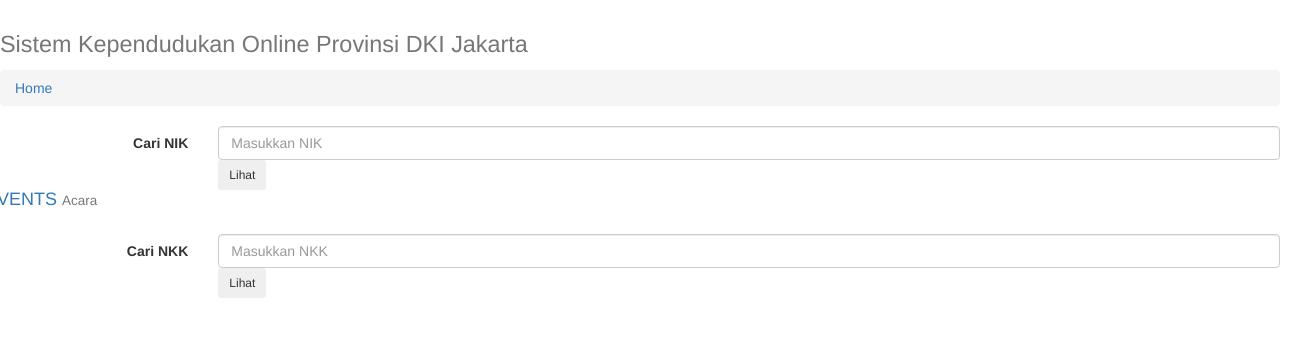
Repository: apap-2017/tugas1_1406544135
Page: http://localhost/index
An editor plug-in stored every save of this project. The page is shown before and after the next save, followed by the edit.
The browser window is 1280 px wide. The page is 1295 px wide, so the pictures cover 1295 px, including what lies to the right of the window. The pictures show the whole page.
The page is this project's Thymeleaf template; nobody is signed in. The template is opened directly, without the code that normally fills it, so the values that code supplies are empty.

Above is the page before, as saved 2017-10-20 11:59:13.

### Tugas1_1406544135/src/main/resources/templates/index.html
<!DOCTYPE HTML>
<html xmlns="http://www.w3.org/1999/xhtml"
	xmlns:th="http://www.thymeleaf.org">
<head>
<title>Siduk DKI</title>
<meta http-equiv="Content-Type" content="text/html; charset=UTF-8" />
     <link href="../../static/css/bootstrap.min.css" rel="stylesheet" th:href="@{/css/bootstrap.min.css}" />
</head>

<body>

	<section class="content-header">
		<h1>
			<small>Sistem Kependudukan Online Provinsi DKI Jakarta</small>
		</h1>

		<ol class="breadcrumb">
			<li><a	 th:href="@{/}">Home</a></li>
		</ol>
	</section>

	<form class="form-horizontal" action="/penduduk" method="get">
		<div class="form-group">
			<label class="col-sm-2 control-label">Cari NIK</label>
			<div class="col-sm-10">
				<input type="text" name="nik" class="form-control" placeholder="Masukkan NIK"/>
				<button type="submit" class="btn btn-sm bg-teal pull-left" name="action" value="save">Lihat</button>
			</div>
				<section>
			<h4>
				<a th:href="@{/b8/home/event}">EVENTS</a> <small>Acara</small>
			</h4>
		</section>
		</div>
	</form>

	<form class="form-horizontal" action="/keluarga" method="get">
		<div class="form-group">
			<label class="col-sm-2 control-label">Cari NKK</label>
			<div class="col-sm-10">
				<input type="text" name="nkk" class="form-control" placeholder="Masukkan NKK"/>
				<button type="submit" class="btn btn-sm bg-teal pull-left" name="action" value="save">Lihat</button>
			</div>
		</div>
	</form>

</body>

</html>

Loaded but not shown: Tugas1_1406544135/src/main/resources/static/css/bootstrap.min.css (library)

After the next save:
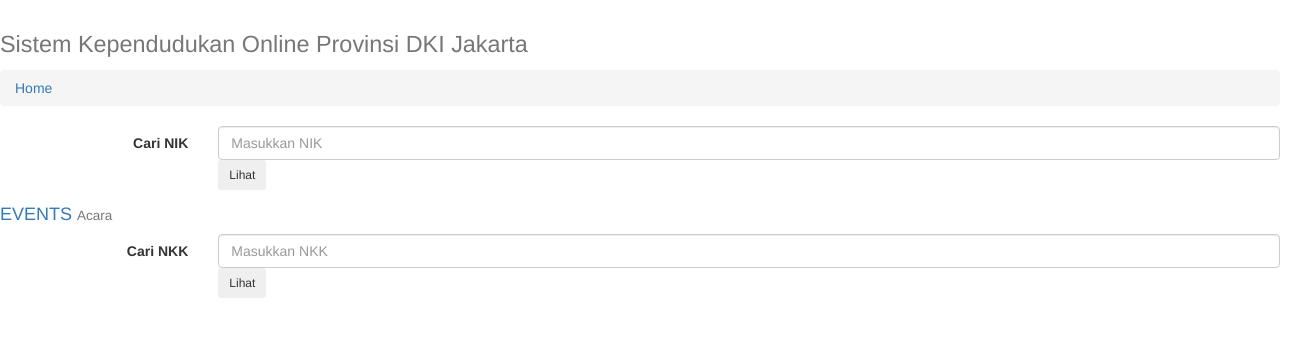
Saved 7 s later.
--- a/Tugas1_1406544135/src/main/resources/templates/index.html
+++ b/Tugas1_1406544135/src/main/resources/templates/index.html
@@ -26,12 +26,12 @@
 				<input type="text" name="nik" class="form-control" placeholder="Masukkan NIK"/>
 				<button type="submit" class="btn btn-sm bg-teal pull-left" name="action" value="save">Lihat</button>
 			</div>
-				<section>
+		</div>
+			<section>
 			<h4>
 				<a th:href="@{/b8/home/event}">EVENTS</a> <small>Acara</small>
 			</h4>
 		</section>
-		</div>
 	</form>
 
 	<form class="form-horizontal" action="/keluarga" method="get">
